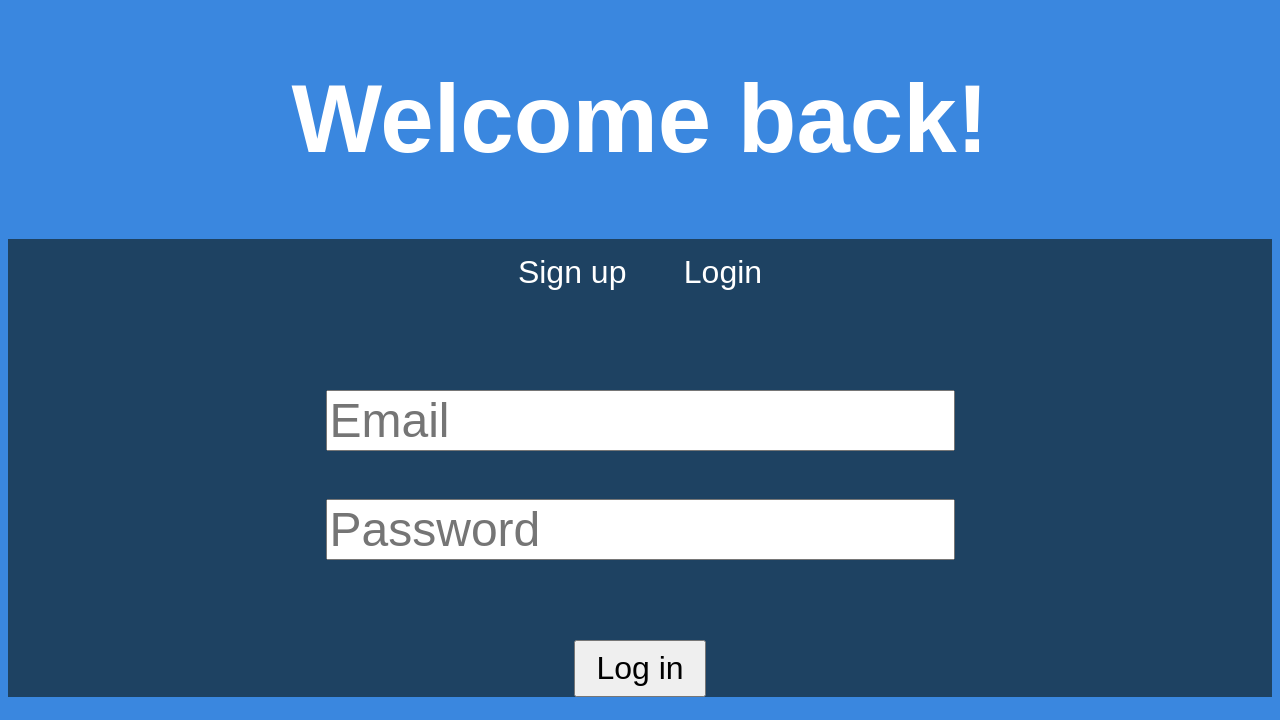
Repository: NicolasssCarlos/basic-flask-login
Page: http://localhost/
These files come from the project's save history. The page is drawn as it stood at one moment and after the next save; the edit follows.
The browser window is 1280 px wide. The pictures show the whole page.
The page is served by the project's application, run on Flask 3 (app.py).

Above is the page before, as saved 2025-06-11 20:40:21.

### templates/index.html
<!DOCTYPE html>
<html lang="en">
<head>
    <meta charset="UTF-8">
    <meta name="viewport" content="width=device-width, initial-scale=1.0">


    <link rel="stylesheet" href="{{url_for('static', filename='main.css')}}">
    <title>Document</title>
</head>
<body class="login">


    <div class="container">


        <h1>Welcome back!</h1>


        <div class="log-in">


            <form method="post">


                <div class="buttons">


                    <button type="button" onclick="window.location.href='/signup'">Sign up</button>


                    <button type="button" onclick="window.location.href='/'">Login</button>



                </div>


                <div class="inputs">


                    <input type="email" name="email" placeholder="Email">


                    <input type="password" name="password" placeholder="Password">


                    <button type="submit">Log in</button>



                </div>



            </form>



        </div>


        {% if welcome %}


            {{ welcome }}


        {% elif error %}


            {{ error }}


        {% endif %}



    </div>



</body>
</html>

### app.py
from flask import Flask, render_template, request
import sqlite3



app = Flask(__name__)



connection = sqlite3.connect("users_log.db", check_same_thread=False)
cursor = connection.cursor()



cursor.execute("""
    CREATE TABLE IF NOT EXISTS users_log (
        id INTEGER PRIMARY KEY AUTOINCREMENT,
        name TEXT,
        username TEXT,
        email TEXT,
        password TEXT
    )
""")

@app.route("/", methods=["POST", "GET"])
def home():
    welcome = error = ""

    if request.method == "POST":
        email = request.form.get("email")
        password = request.form.get("password")

        cursor.execute("SELECT * FROM users_log WHERE email = ?", (email,))
        user_found = cursor.fetchone()

        if user_found:
            if user_found[4] == password:
                welcome = f"Welcome, {user_found[1]}"
            else:
                error = "Login failed. Incorrect email or password"

    return render_template("index.html", welcome=welcome, error=error)

@app.route("/signup", methods=["POST", "GET"])
def signup():
    errors = []
    welcome = ""

    if request.method == "POST":
        name = request.form.get("name")
        username = request.form.get("username")
        email = request.form.get("email")
        password = request.form.get("password")

        if name and username and email and password:
            cursor.execute("SELECT * FROM users_log WHERE email = ?", (email,))
            if cursor.fetchone():
                errors.append("Email is already in use")

            cursor.execute("SELECT * FROM users_log WHERE username = ?", (username,))
            if cursor.fetchone():
                errors.append("Username is already in use")

            if not errors:
                cursor.execute(
                    "INSERT INTO users_log (name, username, email, password) VALUES (?, ?, ?, ?)",
                    (name, username, email, password)
                )

                cursor.execute("SELECT * FROM users_log WHERE username = ?", (username,))
                user = cursor.fetchone()
                user_name = user[1]
                welcome = f"Welcome, {user_name}"

    return render_template("login.html", errors=errors, welcome=welcome)

if __name__ == "__main__":
    app.run(debug=True)

### static/main.css
.login {

    font-family: Arial, Helvetica, sans-serif;


    font-size: 3rem;


    background-color: #3a87df;


    color: #fff;


    margin-bottom: 0;



}


.login h1 {


    align-items: center;


    justify-content: center;


    text-align: center;



}


.login .container .log-in {





    background-color: #1e4262;


    color: #fff;



}


.inputs {



    display: flex;


    flex-direction: column;


    gap: 1rem;


    width: 30%;


    margin: 0 auto;


    margin-top: 5rem;


    align-items: center;


    justify-content: center;


    text-align: center;
}


.inputs input {


    font-size: 3rem;


    margin-bottom: 1rem;


    margin-top: 1rem;



}


.inputs button {


    font-size: 2rem;


    width: 35%;


    align-items: center;


    justify-content: center;


    text-align: center;


    padding: 0.5rem;


    margin-top: 3rem;



}


.login .container .buttons {


    align-items: center;


    justify-content: center;


    text-align: center;



}


.buttons button {


    border: transparent;


    font-size: 2rem;


    background: transparent;


    color: #fff;


    margin-left: 1rem;

    margin-right: 1rem;
}

After the next save:
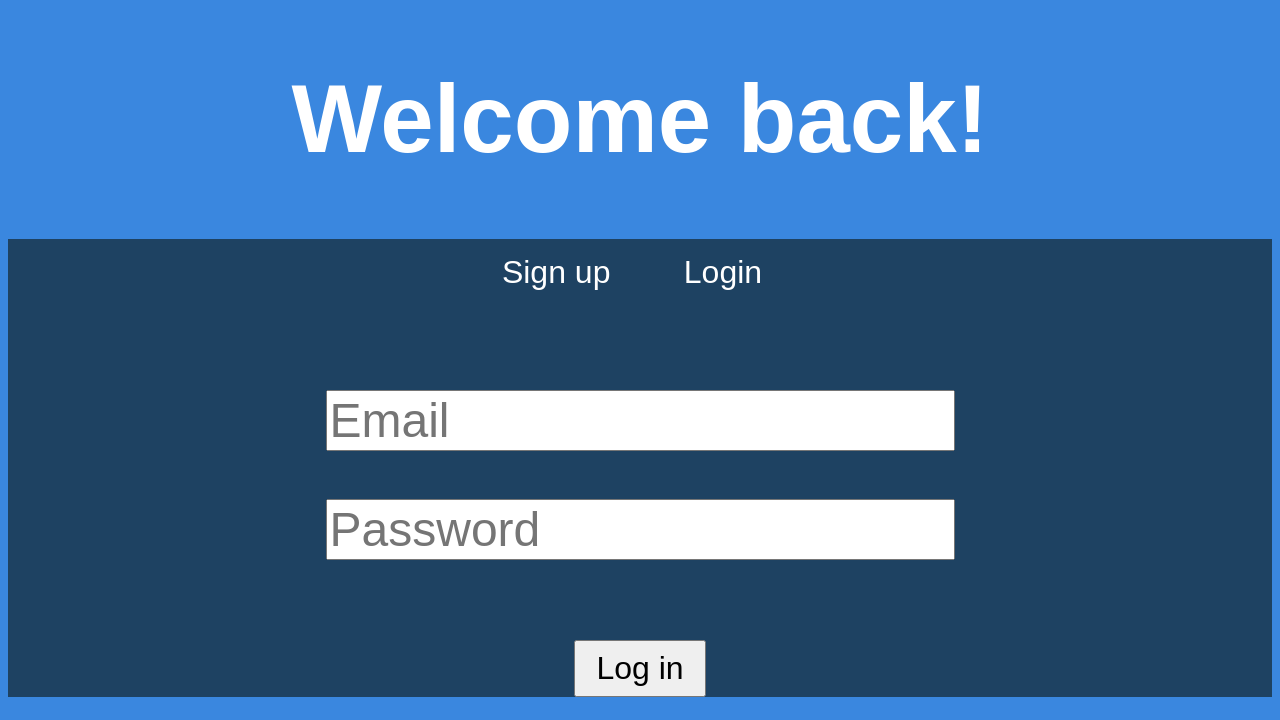
Saved 6 s later.
--- a/static/main.css
+++ b/static/main.css
@@ -160,5 +160,5 @@
 
     margin-left: 1rem;
 
-    margin-right: 1rem;
+    margin-right: 2rem;
 }
